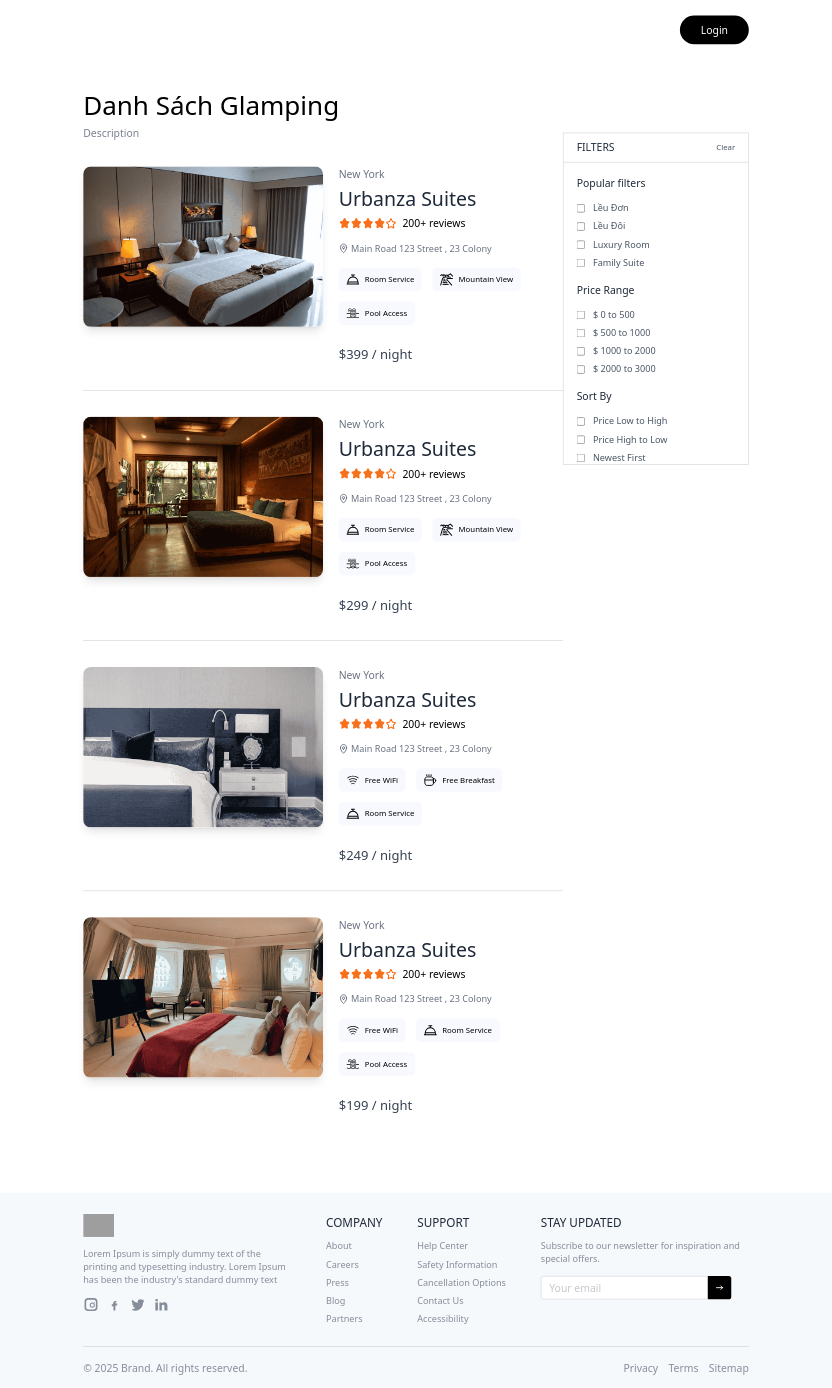
Repository: Ponn-Star/My-App
Page: /rooms (app in FrontEnd/)
The author's editor kept a copy of each file at every save. The page is drawn from the files as they stood at one save, then again after the next save.
The browser window is 1280 px wide. The pictures show the whole page, at 65% of full size.
Pictures or frames that could not be fetched are drawn as grey boxes. The page's requests for data from a server got no answer. The project was rebuilt for these pictures with package versions that can differ from the ones it lists, and the page was loaded fresh each time. Some packages were replaced by stand-ins written for this rebuild. No one was signed in, and anything a server would have sent is missing. Also part of the build but not shown: FrontEnd/vite.config.js, FrontEnd/src/assets/assets.js, FrontEnd/src/components/Hero.jsx, FrontEnd/src/components/HotelCard.jsx, FrontEnd/src/components/Title.jsx, FrontEnd/src/components/FeaturedDestination.jsx, FrontEnd/src/components/ExclusiveOffers.jsx, FrontEnd/src/data/Test.ts and 10 more.

Above is the page before, as saved 2025-05-14 06:38:10.

After the next save:
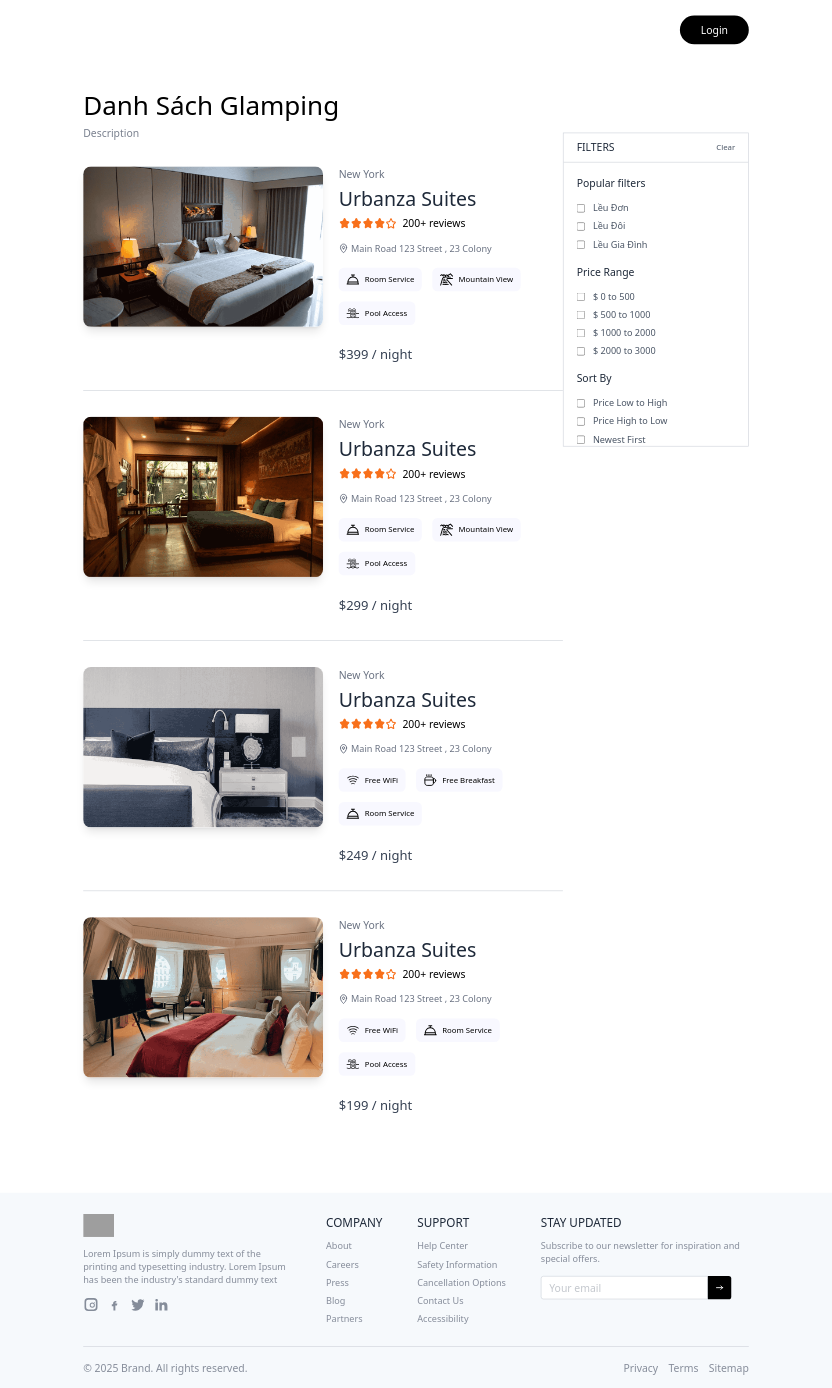
Saved 8 s later.
--- a/FrontEnd/src/pages/AllRooms.jsx
+++ b/FrontEnd/src/pages/AllRooms.jsx
@@ -28,8 +28,7 @@ const AllRooms = () => {
     const roomTypes = [
       "Lều Đơn",
       "Lều Đôi",
-      "Luxury Room",
-      "Family Suite",
+      "Lều Gia Đình",
     ];
 
   const priceRanges = [
